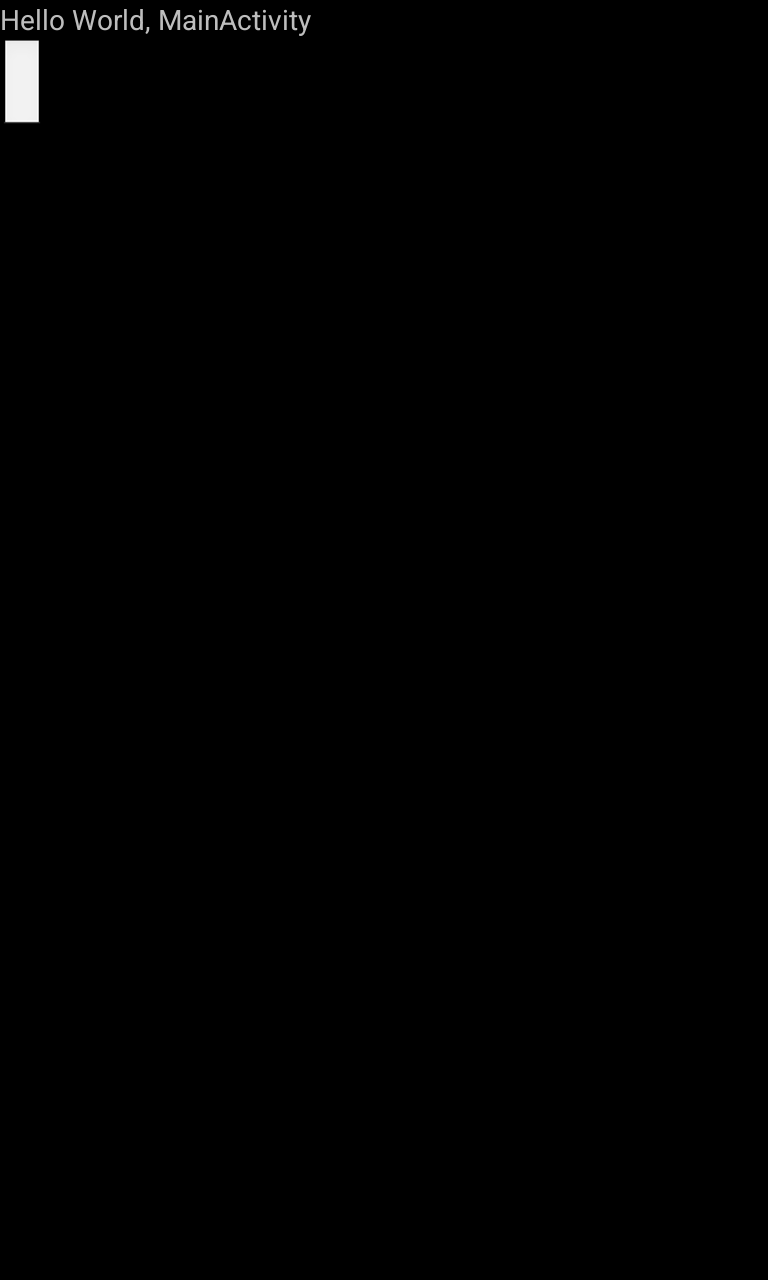
Repository: mongsuk/test
Layout: MyFirstApp/res/layout/main.xml
An editor plug-in stored every save of this project. The layout is shown before and after the next save, followed by the edit.
It is drawn on a 768 x 1280 px phone screen (xhdpi) without system bars, with theme android:Theme; the app's code is not run.

Above is the layout before, as saved 2014-04-14 02:01:02.

After the next save:
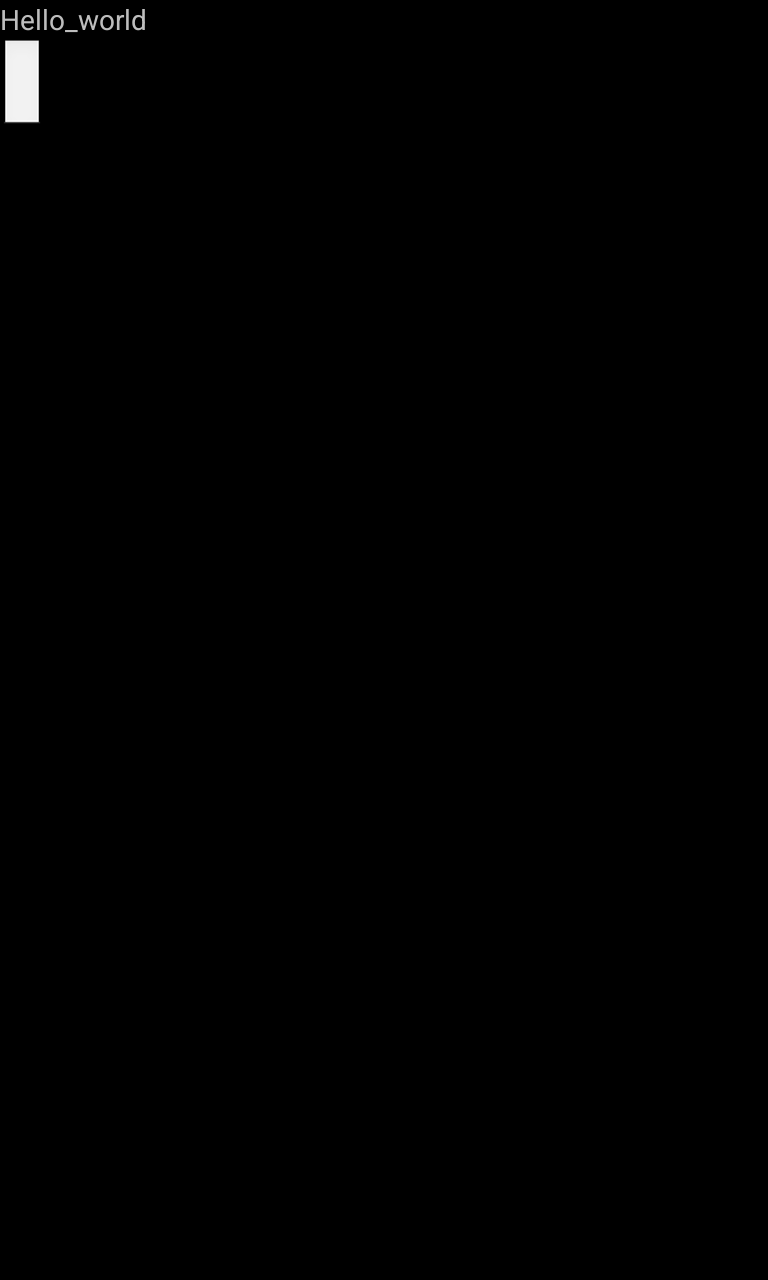
Saved 31 s later.
--- a/MyFirstApp/res/layout/main.xml
+++ b/MyFirstApp/res/layout/main.xml
@@ -7,7 +7,7 @@
 <TextView
     android:layout_width="wrap_content"
     android:layout_height="wrap_content"
-    android:text="Hello World, MainActivity"
+    android:text="@string/hello_world"
     />
 <EditText
     android:id="@+id/editText1"
